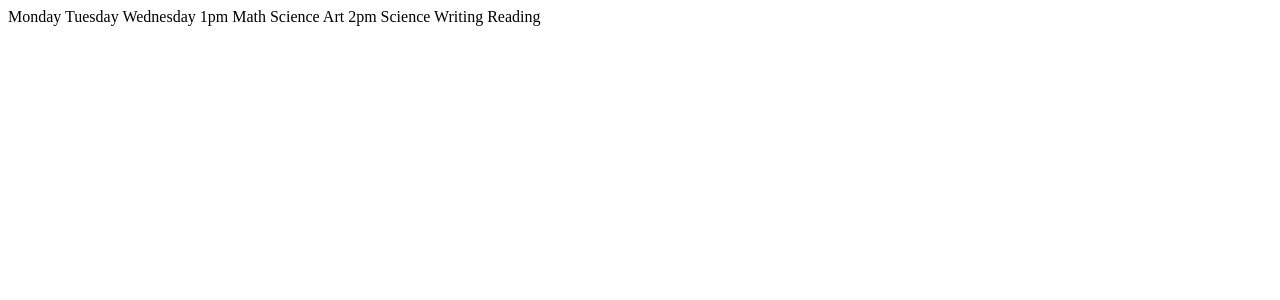
Repository: jefflai0412/website_design
Page: task1.html
An editor plug-in stored every save of this project. The page is shown before and after the next save, followed by the edit.
The browser window is 1280 px wide. The pictures show the whole page.

Above is the page before, as saved 2024-10-18 13:27:31.

### task1.html
<!DOCTYPE html>
<html lang="en">
<head>
    <meta charset="UTF-8">
    <meta name="viewport" content="width=device-width, initial-scale=1.0">
    <title>Document</title>
</head>
<body>
    <tb>
        <tr>
            <th></th>
            <th>Monday</th>
            <th>Tuesday</th>
            <th>Wednesday</th>
        </tr>

        <tr>
            <th scope="row">1pm</th>
            <td>Math</td>
            <td>Science</td>
            <td>Art</td>
        </tr>

        <tr>
            <th scope="row">2pm</th>
            <td>Science</td>
            <td>Writing</td>
            <td>Reading</td>
    </tb>
</body>
</html>

After the next save:
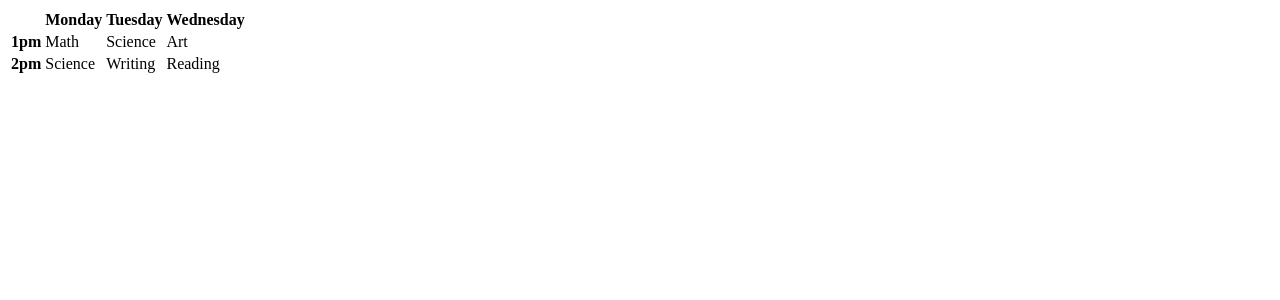
Saved 31 s later.
--- a/task1.html
+++ b/task1.html
@@ -6,7 +6,7 @@
     <title>Document</title>
 </head>
 <body>
-    <tb>
+    <table>
         <tr>
             <th></th>
             <th>Monday</th>
@@ -26,6 +26,7 @@
             <td>Science</td>
             <td>Writing</td>
             <td>Reading</td>
-    </tb>
+        </tr>
+    </table>
 </body>
 </html>
